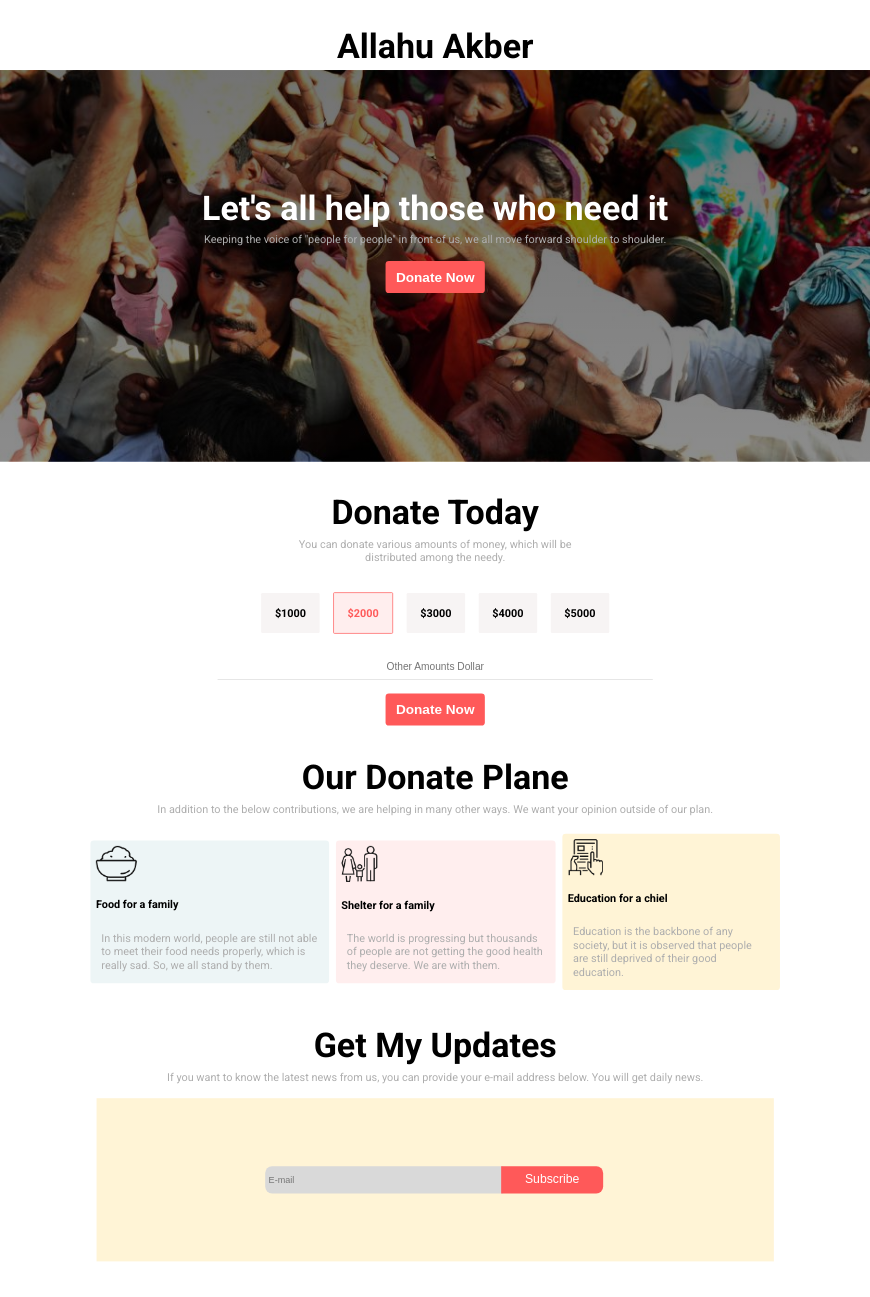
Repository: zjria/suppert-the-helpness
Page: index.html
An editor plug-in stored every save of this project. The page is shown before and after the next save, followed by the edit.
The browser window is 1280 px wide. The pictures show the whole page, at 68% of full size.

Above is the page before, as saved 2022-08-27 08:17:47.

After the next save:
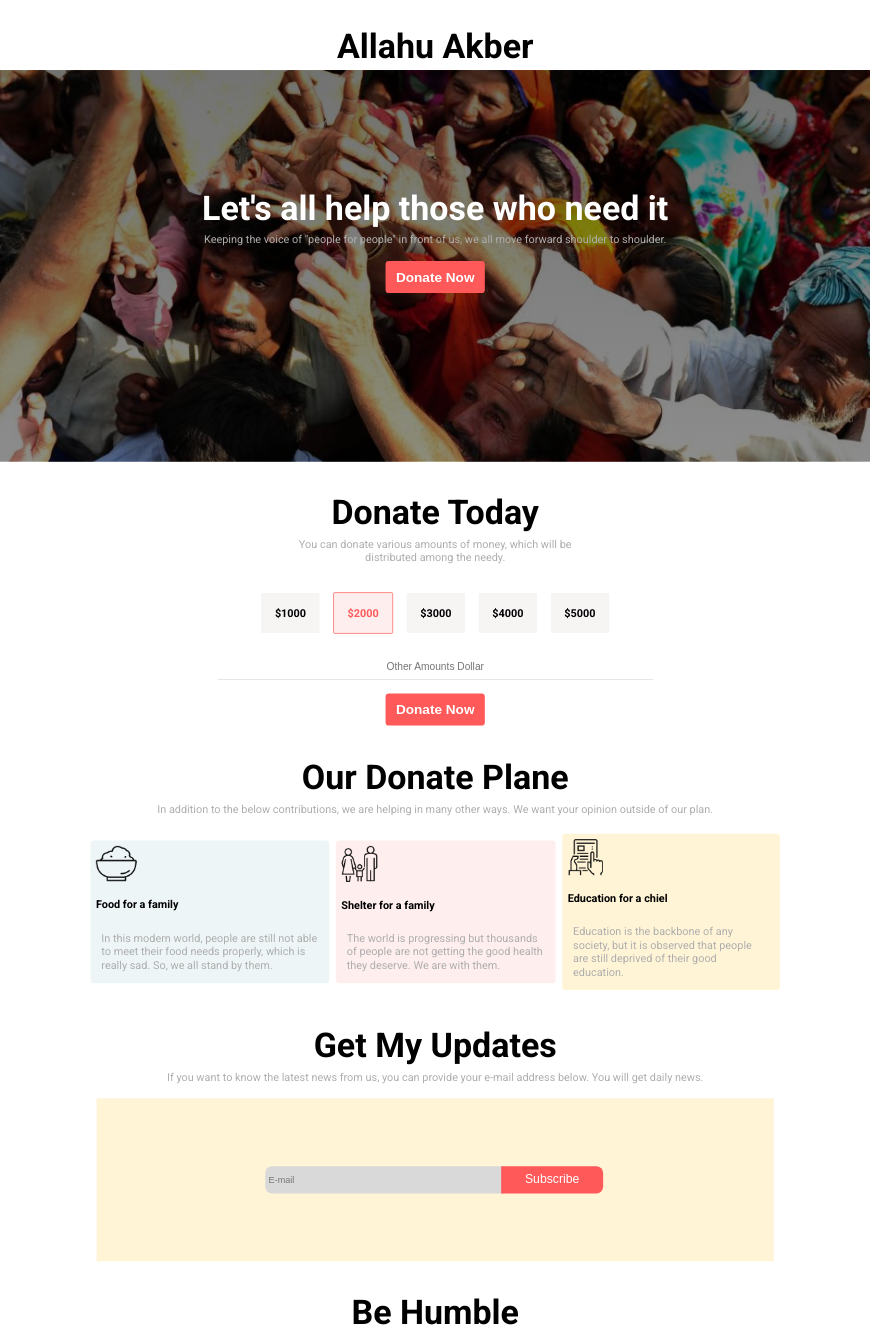
Saved 19 s later.
--- a/index.html
+++ b/index.html
@@ -90,7 +90,7 @@
     <!-- Footer Section -->
     <section class="footer">
         <div class="footer-style">
-            <h1></h1>
+            <h1>Be Humble</h1>
         </div>
     </section>
 </body>
